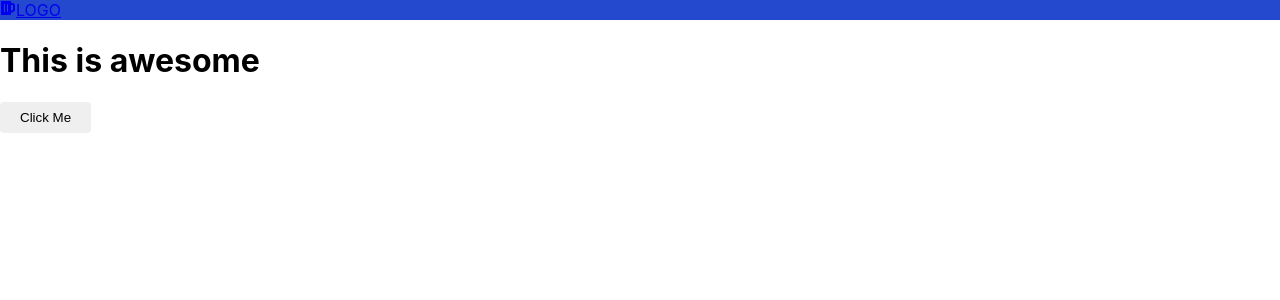
Repository: ajaygc95/Django-and-react
Page: / (app in galamart_sell/reactfrontend/)
An editor plug-in stored every save of this project. The page is shown before and after a run of saves, followed by the edit.
The browser window is 1280 px wide. The pictures show the whole page.
The project was rebuilt for these pictures with package versions that can differ from the ones it lists, and the page was loaded fresh each time. Also part of the build but not shown: galamart_sell/reactfrontend/src/components/Button.js, galamart_sell/reactfrontend/src/components/About.js, galamart_sell/reactfrontend/src/components/Shop.css, galamart_sell/reactfrontend/src/components/Shop.js, galamart_sell/reactfrontend/src/components/ItemDetail.js.

Above is the page before, as saved 2021-04-07 11:25:38.

### galamart_sell/reactfrontend/src/App.js
import React from "react";
import HeroPage from "./components/HeroPage";
import Nav from "./components/Nav";
import { BrowserRouter as Router, Switch, Route } from "react-router-dom";
import About from "./components/About";
import Shop from "./components/Shop";
import ItemDetail from "./components/ItemDetail";

function App() {
  return (
    <Router>
      <div className="container">
        <Nav></Nav>
        <Switch>
          <Route path="/" exact component={HeroPage}></Route>
          {/* <Route path="/about" component={About} />
          <Route path="/shop" exact component={Shop} />
          <Route path="/shop/:id" component={ItemDetail} /> */}
        </Switch>
      </div>
    </Router>
  );
}

export default App;

### galamart_sell/reactfrontend/src/components/HeroPage.js
import React from 'react'

function HeroPage() {
    return (
       <>
       <h1>This is awesome</h1>
       <div className='container'>
           <button className='btn btn-success'>Click Me</button>
       </div>
       </>
    )
}

export default HeroPage

### galamart_sell/reactfrontend/src/components/Nav.js
import React, { useState } from "react";
import { Link } from "react-router-dom";
import { FaBars, FaTimes, FaBeer } from "react-icons/fa";
import { Button } from "./Button";
import "./Nav.css";

function Nav() {
  const [click, setclick] = useState(false);
  const [button, setbutton] = useState(true);
  const handleClick = () => setclick(!click);

  const showButton = () => {
    if (window.innerWidth <= 960) {
      setbutton(false);
    } else {
      setbutton(true);
    }
  };

  window.addEventListener("resize", showButton);

  return (
    <>
      <nav className="navbar">
        <div className="navbar-container container">
          <Link to="/" className="navbar-logo">
            <FaBeer className="navbar-icon"></FaBeer>
            LOGO
          </Link>
        </div>
      </nav>
    </>
  );
}

export default Nav;

### galamart_sell/reactfrontend/src/components/Nav.css
.navbar {
  background: #2449cf;
}

/* .navbar {
  background: #2449cf;
  height: 65px;
  display: flex;
  justify-content: center;
  align-items: center;
  font-size: 1.2rem;
  position: sticky;
  top: 0;
}

.container {
  z-index: 1;
  width: 100%;
  margin-right: auto;
  margin-left: auto;
  padding-right: 50px;
  padding-left: 50px;
}

.navbar-container {
  display: flex;
  justify-content: space-between;
  height: 65px;
}

.navbar-logo {
  color: #fff;
  justify-self: start;
  cursor: pointer;
  text-decoration: none;
  font-size: 2rem;
  display: flex;
  align-items: center;
}

.navbar-icon {
  margin-right: 0.5rem;
} */

/*



.navbar-logo {
  color: #fff;
  justify-self: start;
  cursor: pointer;
  text-decoration: none;
  font-size: 2rem;
  display: flex;
  align-items: center;
}

.navbar-icon {
  margin-right: 0.5rem;
}

.nav-menu {
  display: flex;
  align-items: center;
  justify-content: center;
  list-style: none;
  text-align: center;
  justify-content: end;
}

.nav-item {
  height: 80px;
  border-bottom: 2px solid transparent;
}

.nav-item:hover {
  border-bottom: 2px solid #f00946;
}

.nav-links {
  color: #fff;
  display: flex;
  align-items: center;
  text-decoration: none;
  padding: 0.5rem 1rem;
  height: 100%;
}

.fa-bars {
  color: #fff;
}

.menu-icon {
  display: none;
}

@media screen and (max-width: 960px) {
  .NavbarItems {
    position: relative;
  }

  .nav-menu {
    display: flex;
    flex-direction: column;
    width: 100%;
    height: 90vh;
    position: absolute;
    top: 80px;
    left: -100%;
    opacity: 1;
    transition: all 0.5s ease;
  }

  .nav-menu.active {
    background: #1c2237;
    left: 0;
    opacity: 1;
    transition: all 0.6s ease;
    z-index: 1;
  }

  .nav-links {
    text-align: center;
    padding: 2rem;
    width: 100%;
    display: table;
  }

  .nav-links:hover {
    color: #f00946;
    transform: scale(1.2);
    transition: all 0.3s ease;
  }

  .nav-item:hover {
    border: none;
  }

  .nav-item {
    width: 100%;
  }

  .navbar-logo {
    position: absolute;
    top: 0;
    left: 0;
    transform: translate(25%, 50%);
  }

  .menu-icon {
    display: block;
    position: absolute;
    top: 0;
    right: 0;
    transform: translate(-100%, 60%);
    font-size: 1.8rem;
    cursor: pointer;
  }

  .fa-times {
    color: #fff;
    font-size: 2rem;
  }

  .nav-btn {
    display: flex;
    justify-content: center;
    align-items: center;
    width: 100%;
    height: 120px;
  }
} */

### galamart_sell/reactfrontend/src/components/Button.css
:root {
  --primary: #fff;
}

.btn {
  padding: 8px 20px;
  border-radius: 4px;
  outline: none;
  border: none;
  cursor: pointer;
  white-space: nowrap;

}

.btn--primary {
  background-color: var(--primary);
  color: #242424;
  border: 1px solid var(--primary);
}

.btn--outline {
  background-color: transparent;
  color: #fff;
  padding: 8px 20px;
  border: 1px solid var(--primary);
  transition: all 0.3s ease-out;
}

.btn--medium {
  padding: 8px 20px;
  font-size: 18px;
}

.btn--large {
  padding: 12px 26px;
  font-size: 20px;
}

.btn--mobile {
  text-align: center;
  border-radius: 4px;
  width: 80%;
  text-decoration: none;
  font-size: 1.5rem;
  background-color: transparent;
  color: #fff;
  padding: 14px 20px;
  border: 1px solid #fff;
  transition: all 0.3s ease-out;
}

.btn--wide {
  padding: 12px 64px;
  font-size: 20px;
}

.btn--large:hover,
.btn--medium:hover,
.btn--mobile:hover {
  transition: all 0.3s ease-out;
  background: #fff;
  color: #242424;
}

.btn--wide:hover {
  color: #fff;
  background-color: #f00946;
  transition: all 0.2s ease-out;
}

.btn-link {
  display: flex;
  justify-content: center;
  align-items: center;
  text-decoration: none;
  padding: 8px 16px;
  height: 100%;
  width: 100%;
}

.blue {
  background-color: #276afb;
  color: #fff;
  border: none;
}

.red {
  background-color: #f00946;
  color: #fff;
  border: none;
}

.primary {
  background-color: #242424;
  color: #fff;
  border: none;
}

.primary:hover {
  background-color: #fff;
  color: #242424;
  border: none;
}

.green {
  background: #25ce4a;
  color: #fff;
  border: none;
}

.green:hover {
  background-color: #242424;
}

Loaded but not shown: galamart_sell/reactfrontend/public/index.html (common file); galamart_sell/reactfrontend/src/index.js (common file); galamart_sell/reactfrontend/src/index.css (common file); galamart_sell/reactfrontend/src/reportWebVitals.js (common file)

After the next 2 saves:
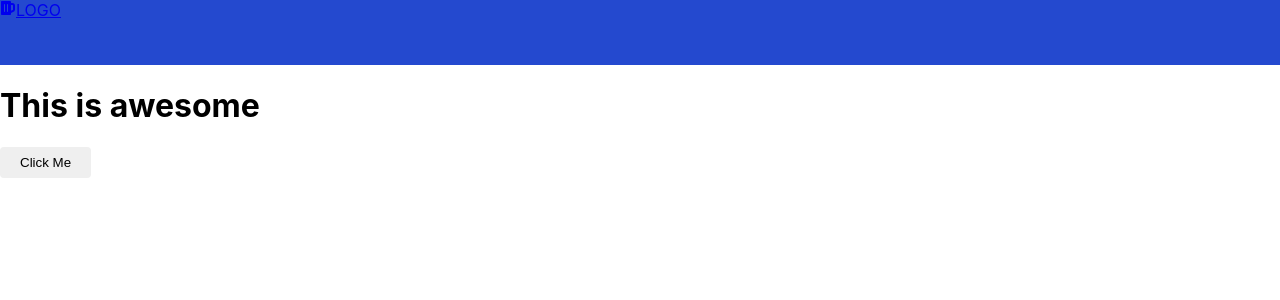
The 2 saves are shown as one change because they came seconds apart.
The last was saved 19 s later.
--- a/galamart_sell/reactfrontend/src/components/Nav.css
+++ b/galamart_sell/reactfrontend/src/components/Nav.css
@@ -1,5 +1,7 @@
 .navbar {
   background: #2449cf;
+  height: 65px;
+
 }
 
 /* .navbar {
